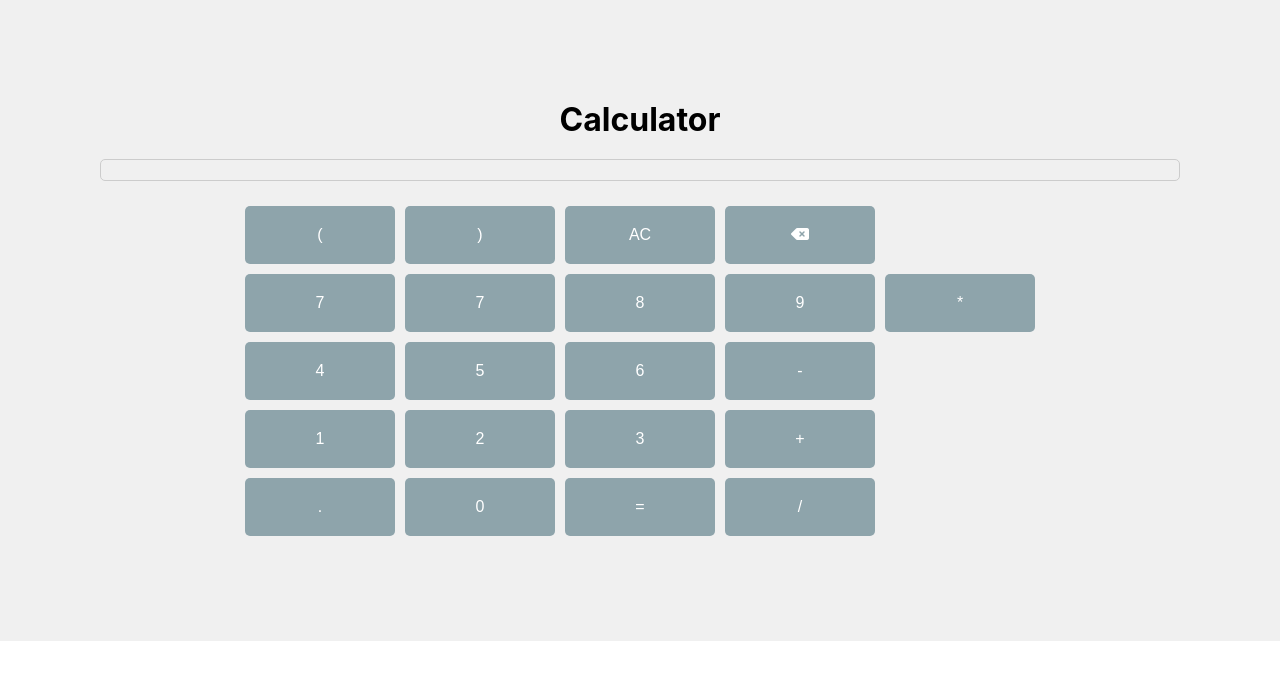
Repository: thesaherriaz/Calculator-React
Page: /
These files come from the project's save history. The page is drawn as it stood at one moment and after a run of saves; the edit follows.
The browser window is 1280 px wide. The pictures show the whole page.
The project was rebuilt for these pictures with package versions that can differ from the ones it lists, and the page was loaded fresh each time.

Above is the page before, as saved 2025-06-18 15:29:28.

### public/index.html
<!DOCTYPE html>
<html lang="en">
  <head>
    <meta charset="utf-8" />
    <link rel="icon" href="%PUBLIC_URL%/favicon.ico" />
    <meta name="viewport" content="width=device-width, initial-scale=1" />
    <meta name="theme-color" content="#000000" />
    <meta
      name="description"
      content="Web site created using create-react-app"
    />
    <link rel="apple-touch-icon" href="%PUBLIC_URL%/logo192.png" />
    <link rel="stylesheet" href="https://cdnjs.cloudflare.com/ajax/libs/font-awesome/6.0.0/css/all.min.css">
    <!--
      manifest.json provides metadata used when your web app is installed on a
      user's mobile device or desktop. See https://developers.google.com/web/fundamentals/web-app-manifest/
    -->
    <link rel="manifest" href="%PUBLIC_URL%/manifest.json" />
    <!--
      Notice the use of %PUBLIC_URL% in the tags above.
      It will be replaced with the URL of the `public` folder during the build.
      Only files inside the `public` folder can be referenced from the HTML.

      Unlike "/favicon.ico" or "favicon.ico", "%PUBLIC_URL%/favicon.ico" will
      work correctly both with client-side routing and a non-root public URL.
      Learn how to configure a non-root public URL by running `npm run build`.
    -->
    <title>React App</title>
  </head>
  <body>
    <noscript>You need to enable JavaScript to run this app.</noscript>
    <div id="root"></div>
    <!--
      This HTML file is a template.
      If you open it directly in the browser, you will see an empty page.

      You can add webfonts, meta tags, or analytics to this file.
      The build step will place the bundled scripts into the <body> tag.

      To begin the development, run `npm start` or `yarn start`.
      To create a production bundle, use `npm run build` or `yarn build`.
    -->
  </body>
</html>

### src/App.js
import React from 'react'
import Calculator from './compnents/Calculator'

function App() {
  return (
    <Calculator />
  )
}

export default App

### src/compnents/Calculator.jsx
import React from 'react'
import './Calculator.css'
import { useState } from 'react'

function Calculator() {
    const [input, setInput] = useState('');
    const [result, setResult] = useState('');
    const handleClick = (value) => {
        return () => {
            const input = document.getElementById('input');
            if (value === 'AC') {
                setInput('');
            } else if (value === 'DEL') {
                setInput(input.value.slice(0, -1));
            } else if (value === '=') {
                try {
                    setResult(eval(input));
                    setInput('');
                } catch (error) {
                    setInput('Error');
                }
            } else {
                setInput(input + value);
            }
        };
    }
  return (
    <>
        <div className="Calculator">
            <h1>Calculator</h1>
            <div className="input">{input}</div>
            <div className="result">{result}</div>
            <div>
                <button className='btn-cal'onClick={handleClick('(')}>(</button>
                <button className='btn-cal'onClick={handleClick(')')}>)</button>
                <button className='btn-cal'onClick={handleClick('AC')}>AC</button>
                <button className='btn-cal'onClick={handleClick('DEL')}><i class="fa-solid fa-delete-left"></i></button> <br />
                <button className='btn-cal'onClick={handleClick('7')}>7</button>
                <button className='btn-cal'onClick={handleClick('7')}>7</button>
                <button className='btn-cal'onClick={handleClick('8')}>8</button>
                <button className='btn-cal'onClick={handleClick('9')}>9</button>
                <button className='btn-cal'onClick={handleClick('*')}>*</button> <br />
                <button className='btn-cal'onClick={handleClick('4')}>4</button>
                <button className='btn-cal'onClick={handleClick('5')}>5</button>
                <button className='btn-cal'onClick={handleClick('6')}>6</button>
                <button className='btn-cal'onClick={handleClick('-')}>-</button> <br />
                <button className='btn-cal'onClick={handleClick('1')}>1</button>
                <button className='btn-cal'onClick={handleClick('2')}>2</button>
                <button className='btn-cal'onClick={handleClick('3')}>3</button>
                <button className='btn-cal'onClick={handleClick('+')}>+</button> <br />
                <button className='btn-cal'onClick={handleClick('.')}>.</button>
                <button className='btn-cal'onClick={handleClick('0')}>0</button>
                <button className='btn-cal'onClick={handleClick('=')}>=</button>
                <button className='btn-cal'onClick={handleClick('/')}>/</button>
            </div>
        </div>
    </>
  )
}

export default Calculator

### src/compnents/Calculator.css
*{
    box-sizing: border-box;
    margin: 0;
    padding: 0;

}
.Calculator {
  display: flex;
  flex-direction: column;
  align-items: center;
  justify-content: center;
  /* height: 100vh; */
  background-color: #f0f0f0;
  padding: 100px;
}
.btn-cal{
  background-color: #8ea4ab;
  width: 150px;
  color: white;
  border: none;
  padding: 20px;
  font-size: 16px;
  cursor: pointer;
  border-radius: 5px;
  margin: 5px;
  transition: background-color 0.3s ease;
}

.input {
  width: 100%;
  padding: 10px;
  font-size: 16px;
  border: 1px solid #ccc;
  border-radius: 5px;
  margin: 20px;
}

Loaded but not shown: src/index.js (common file); src/index.css (common file); src/reportWebVitals.js (common file)

After the next 2 saves:
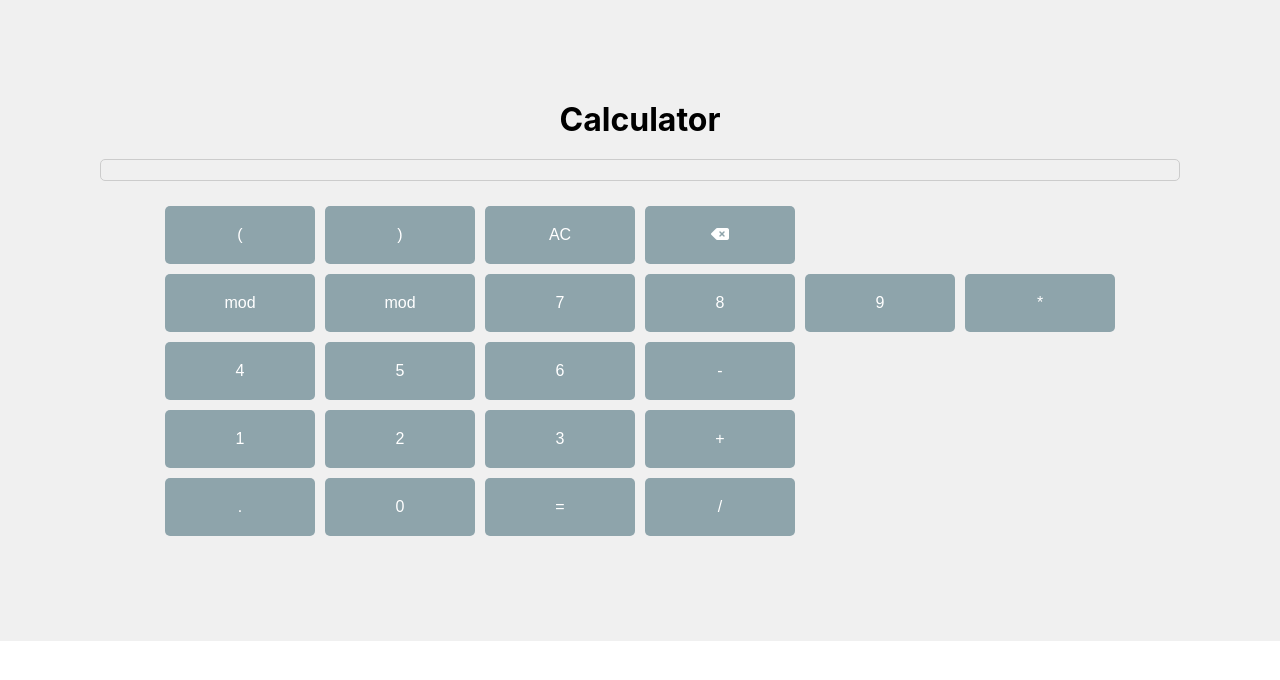
The 2 saves are shown as one change because they came seconds apart.
The last was saved 10 s later.
--- a/src/compnents/Calculator.jsx
+++ b/src/compnents/Calculator.jsx
@@ -35,7 +35,8 @@ function Calculator() {
                 <button className='btn-cal'onClick={handleClick(')')}>)</button>
                 <button className='btn-cal'onClick={handleClick('AC')}>AC</button>
                 <button className='btn-cal'onClick={handleClick('DEL')}><i class="fa-solid fa-delete-left"></i></button> <br />
-                <button className='btn-cal'onClick={handleClick('7')}>7</button>
+                <button className='btn-cal'onClick={handleClick('mod')}>mod</button>
+                <button className='btn-cal'onClick={handleClick('mod')}>mod</button>
                 <button className='btn-cal'onClick={handleClick('7')}>7</button>
                 <button className='btn-cal'onClick={handleClick('8')}>8</button>
                 <button className='btn-cal'onClick={handleClick('9')}>9</button>
